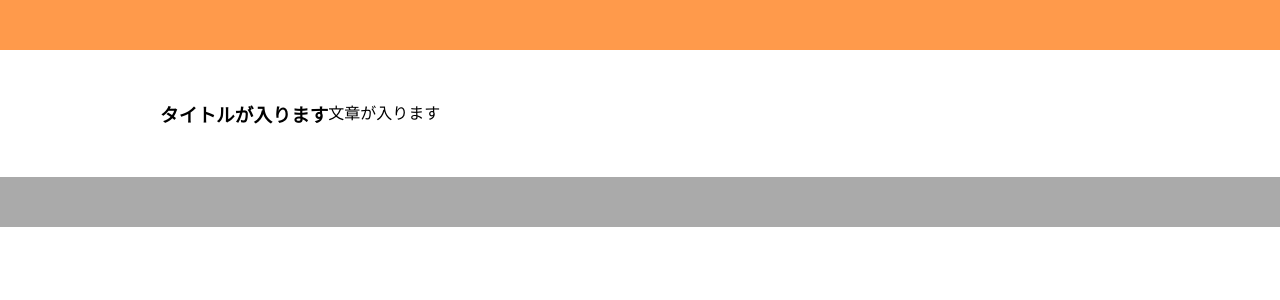
Repository: yofuu/caravan-chapter4
Page: chpter9/chapter10.html
The author's editor kept a record of every edit. The page is drawn from the files as they stood at one moment, then again after the next edit.
The browser window is 1280 px wide. The pictures show the whole page.

Above is the page before.

### chpter9/chapter10.html
<!DOCTYPE html>
<html lang="ja">
  <head>
    <meta charset="UTF-8" />
    <link rel="stylesheet" href="chapter10.css" />
    <title>HTML.１０章確認問題</title>
  </head>

  <body>
    <header></header>

    <main class="blog">
      <div class="blog1"></div>
      <h3>タイトルが入ります</h3>
      <p>文章が入ります</p>

      <!--<div class="blog-img2"></div>-->
      <!--<div class="blog-img3"></div>-->

    </main>

    <footer></footer>

  </body>
</html>

### chpter9/chapter10.css
* {
  box-sizing: border-box;
  margin: 0;
  padding: 0;
}

header {
  height: 50px;
  background-color: #ff9a4b;
}

main {
  width: 960px;
  margin: 50px auto;
  display: flex;
}

.step-box {
  width: 300px;
  margin-right: 30px;
  padding: 10px;
  position: relative;
  background-color: #eee;
}

.step-box:last-child {
  margin-right: 0;
}

.step-img1 {
  height: 150px;
  background-image: url(img/flow01.png);
  background-position: bottom;
  background-size: cover;
}

.step-img2 {
  height: 150px;
  background-image: url(img/flow02.png);
  background-position: bottom;
  background-size: cover;
}
.step-img3 {
  height: 150px;
  background-image: url(img/flow03.png);
  background-position: bottom;
  background-size: cover;
}

.step-num {
  position: absolute;
  top: 0;
  left: 0;
  background-color: #ff9a4b;
  color: #fff;
}

.title {
  margin: 15px 0 5px;
}

footer {
  height: 50px;
  background-color: #aaa;
}

After the next edit:
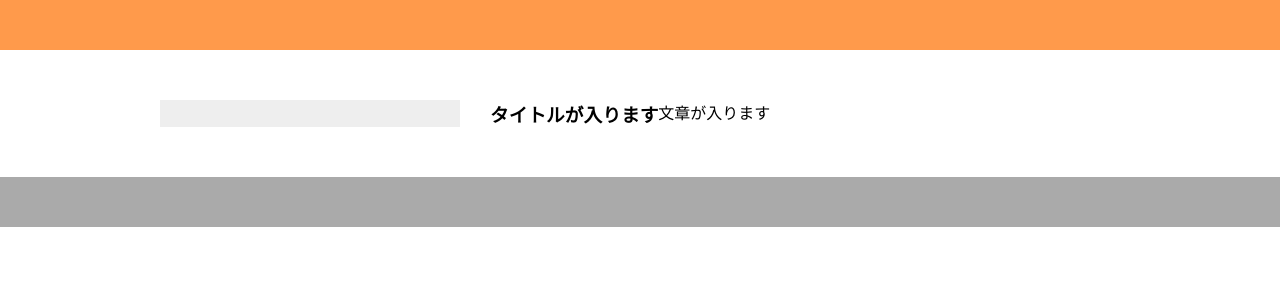
The edit:
--- a/chpter9/chapter10.html
+++ b/chpter9/chapter10.html
@@ -9,7 +9,8 @@
   <body>
     <header></header>
 
-    <main class="blog">
+    <main>
+      <div class="step-box"
       <div class="blog1"></div>
       <h3>タイトルが入ります</h3>
       <p>文章が入ります</p>
